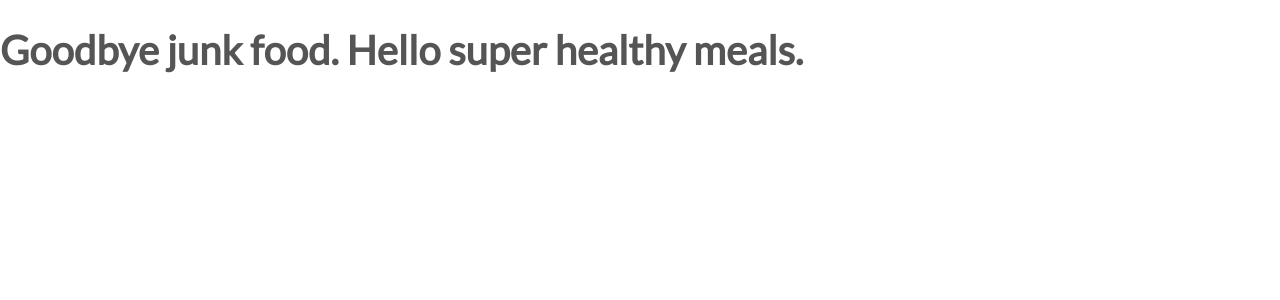
Repository: MalgorzataMazur/Omnifood
Page: index.html
The author's editor kept a copy of each file at every save. The page is drawn from the files as they stood at one save, then again after the next save.
The browser window is 1280 px wide. The pictures show the whole page.

Above is the page before, as saved 2019-10-23 20:07:06.

### index.html
<!DOCTYPE html>
<html lang="en">
    <head>
        <link rel="stylesheet" href="vendors/css/normalize.css">
        <link rel="stylesheet" href="vendors/css/grid.css">
        <link rel="stylesheet" href="resources/css/style.css">
        <link href="https://fonts.googleapis.com/css?family=Lato:100,300,300i,400&display=swap" rel="stylesheet">
        <meta charset="UTF-8">
        <meta name="viewport" content="width=device-width, initial-scale=1.0">
        <meta http-equiv="X-UA-Compatible" content="ie=edge">
        <title>Omnifood</title>
    </head>
    <body>
        <header> <!-- like container to put some conetent nav, footer, main element for the main cinetent etc-->
            <div class="hero-text-box">
                <h1>Goodbye junk food. Hello super healthy meals.</h1>
                <a href="#"></a>

            </div>
        </header>


    </body>
</html>

### resources/css/style.css
* {
    margin: 0%;
    padding: 0%;
    box-sizing: border-box;
}

html {
    background-color: #fff;
    color: #555;
    font-family: 'Lato';'Arial', sans-serif;
    font-weight: 300;
    font-size: 20px;
    text-rendering: optimizeLegibility;
}

.row {
    max-width: 1140px;
    margin: 0 auto;
}

Loaded but not shown: vendors/css/normalize.css (library); vendors/css/grid.css (library)

After the next save:
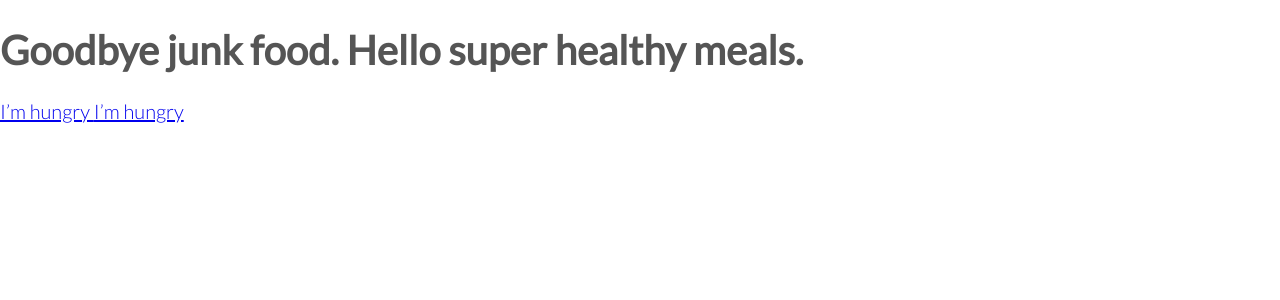
Saved 54 s later.
--- a/index.html
+++ b/index.html
@@ -14,7 +14,10 @@
         <header> <!-- like container to put some conetent nav, footer, main element for the main cinetent etc-->
             <div class="hero-text-box">
                 <h1>Goodbye junk food. Hello super healthy meals.</h1>
-                <a href="#"></a>
+                <a href="#">I’m hungry </a>
+                <a href="#">I’m hungry </a>
+
+
 
             </div>
         </header>
